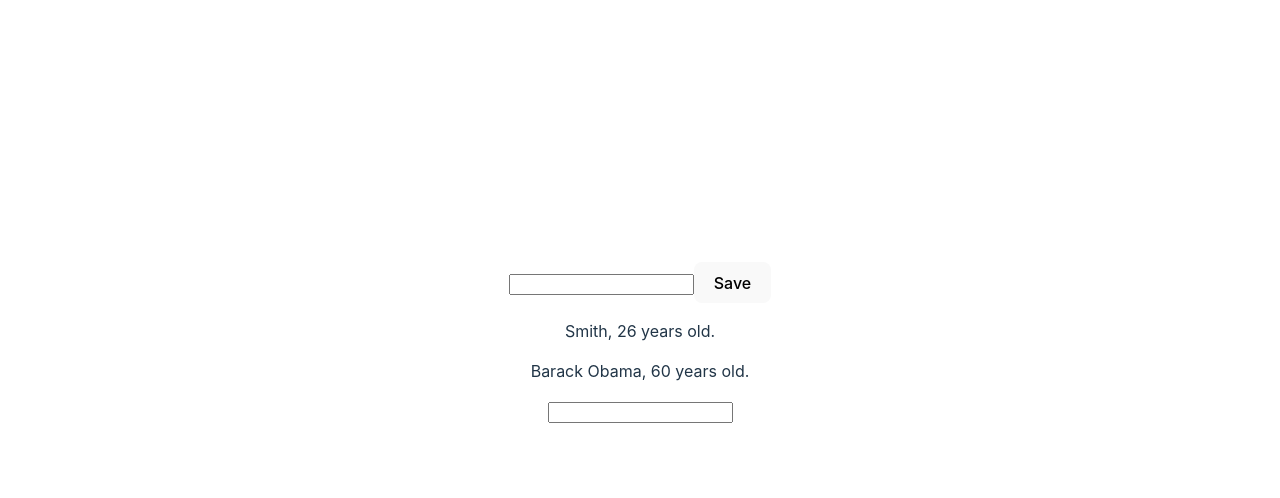
Repository: RonanKhalilOlaes/Olaes_Lab06-07_taskList
Page: /
The author's editor kept a copy of each file at every save. The page is drawn from the files as they stood at one save, then again after the next save.
The browser window is 1280 px wide. The pictures show the whole page.
The project was rebuilt for these pictures with package versions that can differ from the ones it lists, and the page was loaded fresh each time. Also part of the build but not shown: vite.config.js.

Above is the page before, as saved 2024-10-22 20:36:58.

After the next save:
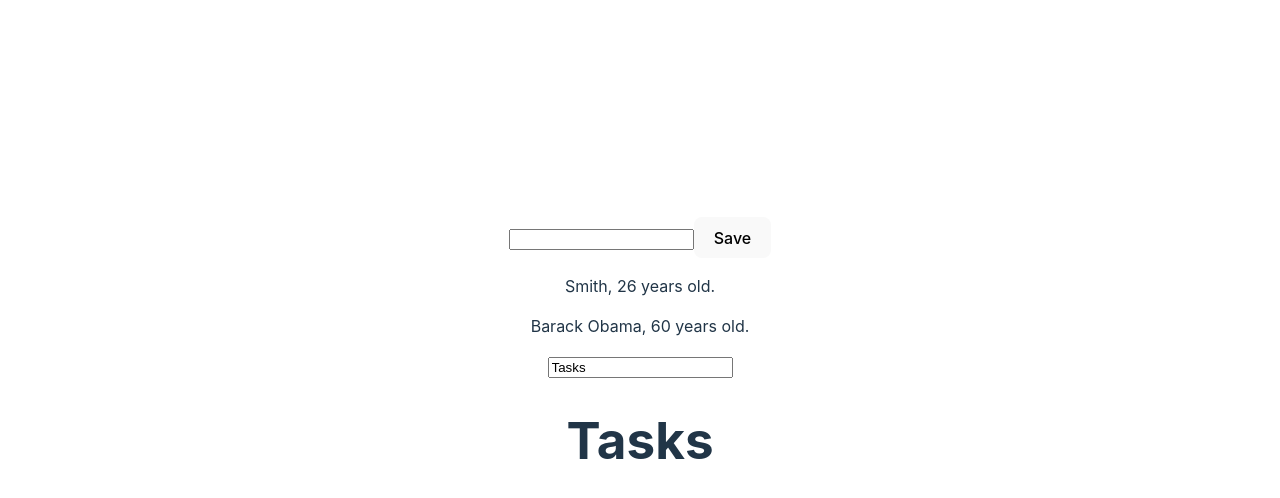
Saved 11 s later.
--- a/src/App.jsx
+++ b/src/App.jsx
@@ -23,7 +23,7 @@ const initialStudents = [
 
 function App() {
 
-  // const [name, setName] = useState('Tasks:');
+  const [name, setName] = useState('Tasks');
 
   const [students, setStudents] = useState(initialStudents);
 
